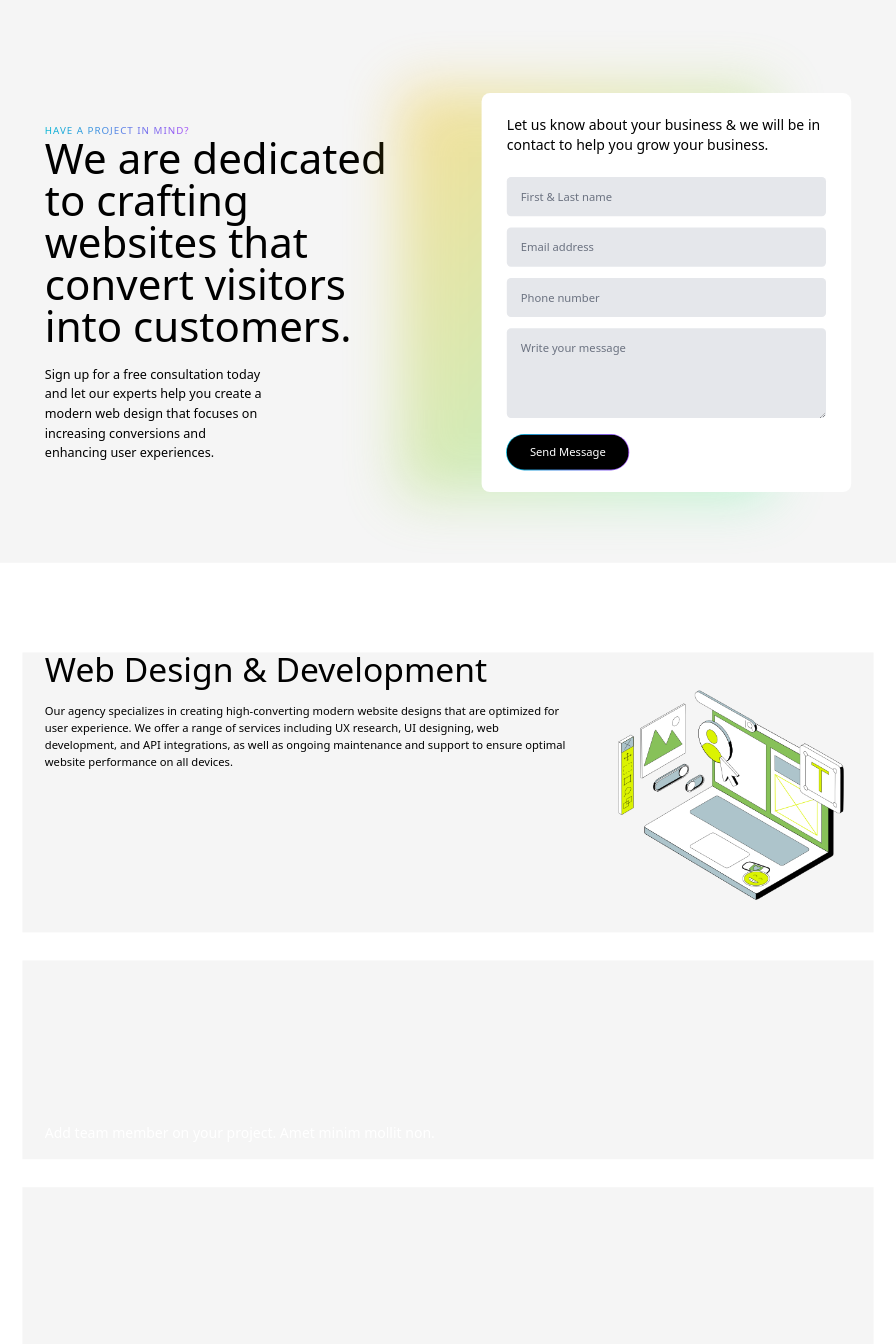
Repository: ornelasedward/mired_website
Page: /
An editor plug-in stored every save of this project. The page is shown before and after the next save, followed by the edit.
The browser window is 1280 px wide. The pictures show the part of the page from y = 1230 to 3150 px (the page is 3338 px tall), at 70% of full size.
The project was rebuilt for these pictures with package versions that can differ from the ones it lists, and the page was loaded fresh each time. The framework's server and built-in components were replaced by stand-ins that run in the browser. Also part of the build but not shown: next.config.js.

Above is the page before, as saved 2023-03-28 19:59:54.

After the next save:
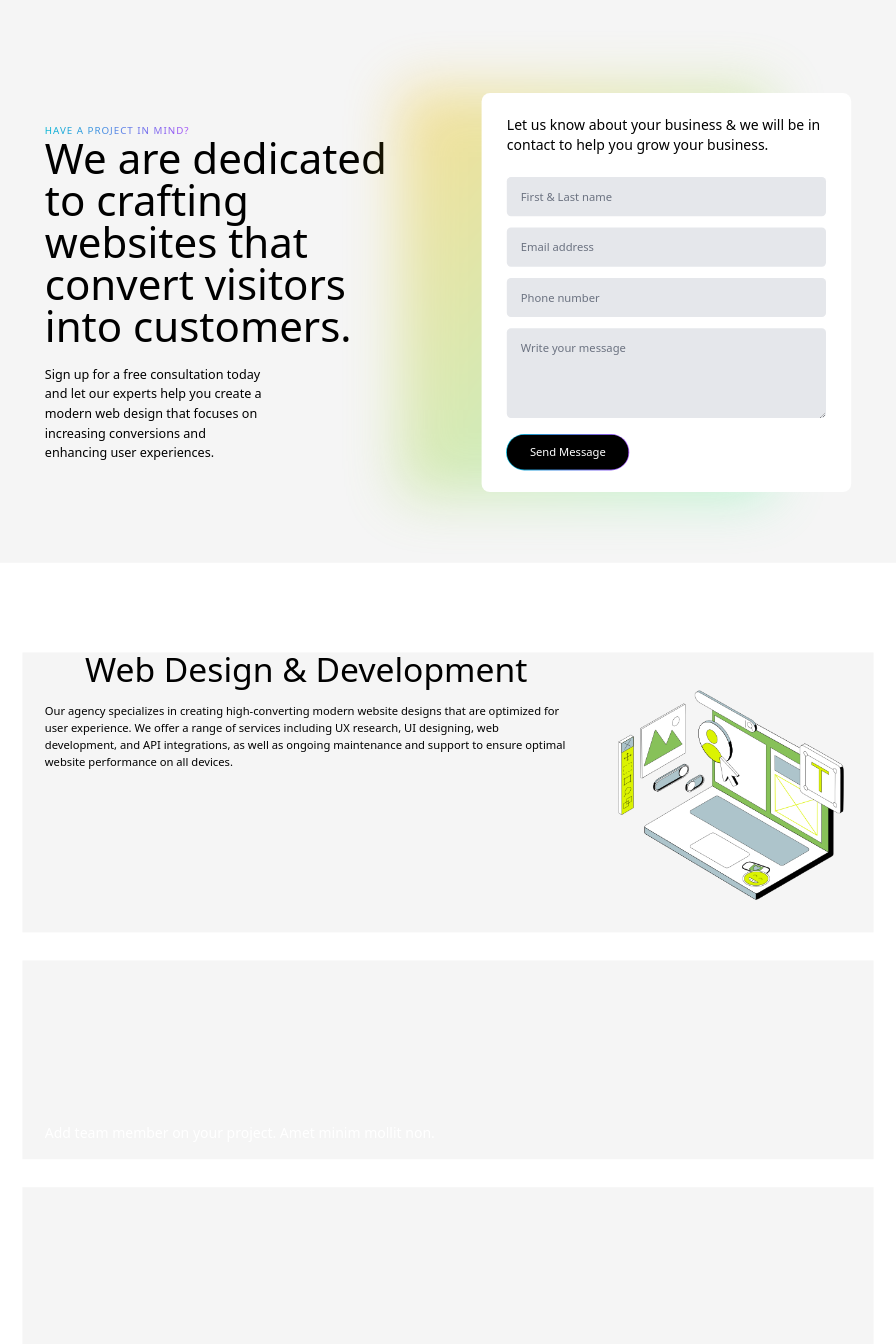
Saved 18 s later.
--- a/components/Services.tsx
+++ b/components/Services.tsx
@@ -9,7 +9,7 @@
           <div className="bg-[#F5F5F5]">
             <div className="grid grid-cols-3">
               <div className="col-span-2">
-                <div className="sm:px-8 flex flex-col gap-6">
+                <div className="sm:px-8 flex flex-col gap-6 items-center">
                   <h1 className="text-5xl font-normal text-black">
                     Web Design & Development
                   </h1>

After the 3 saves that followed:
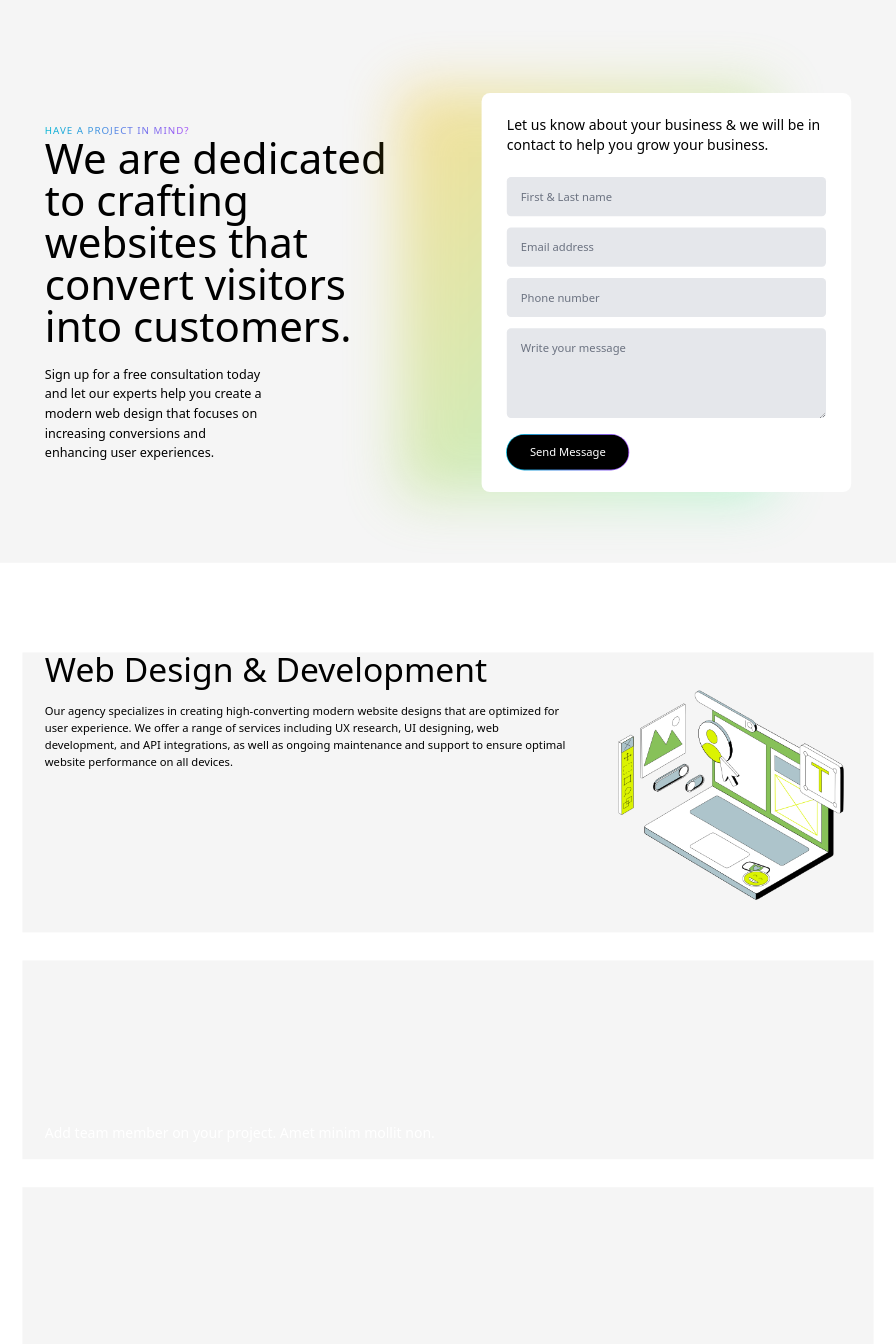
The 3 saves are shown as one change because 1 left the picture as it was and some came seconds apart.
The last was saved 19 s later.
--- a/components/Services.tsx
+++ b/components/Services.tsx
@@ -9,7 +9,7 @@
           <div className="bg-[#F5F5F5]">
             <div className="grid grid-cols-3">
               <div className="col-span-2">
-                <div className="sm:px-8 flex flex-col gap-6 items-center">
+                <div className="sm:px-8 flex flex-col gap-6">
                   <h1 className="text-5xl font-normal text-black">
                     Web Design & Development
                   </h1>
